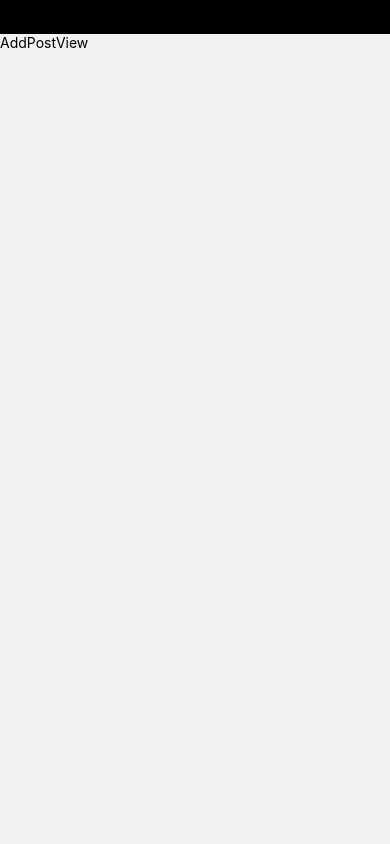
Repository: Kubraaygun/FirebaseRN
Page: /AddPost
These files come from the project's save history. The page is drawn as it stood at one moment and after the next save; the edit follows.
The browser window is 390 px wide. The pictures show the whole page.
The app was drawn by React Native's web renderer in a window 390 px wide. The project was rebuilt for these pictures with package versions that can differ from the ones it lists, and the page was loaded fresh each time.

Above is the page before, as saved 2025-01-20 18:55:17.

### App.js
import {SafeAreaView, StyleSheet, Text, View} from 'react-native';
import React from 'react';
import {createNativeStackNavigator} from '@react-navigation/native-stack';
import {NavigationContainer} from '@react-navigation/native';
import ListPostController from './src/screens/ListPost/ListPostController';
import AddPostController from './src/screens/AddPost/AddPostController';
import AppBar from './src/screens/component/AppBar';

const App = () => {
  const Stack = createNativeStackNavigator();
  return (
    <SafeAreaView style={{flex: 1}}>
      <NavigationContainer>
        <AppBar />
        <Stack.Navigator screenOptions={{headerShown: false}}>
          <Stack.Screen name="ListPost" component={ListPostController} />
          <Stack.Screen name="AddPost" component={AddPostController} />
        </Stack.Navigator>
      </NavigationContainer>
    </SafeAreaView>
  );
};

export default App;

const styles = StyleSheet.create({});

### src/screens/ListPost/ListPostController.jsx
import {StyleSheet, Text, View} from 'react-native';
import React from 'react';
import ListPostView from './ListPostView';

const ListPostController = () => {
  return <ListPostView />;
};

export default ListPostController;

const styles = StyleSheet.create({});

### src/screens/AddPost/AddPostController.jsx
import {StyleSheet, Text, View} from 'react-native';
import React from 'react';
import AddPostView from './AddPostView';

const AddPostController = () => {
  return <AddPostView />;
};

export default AddPostController;

const styles = StyleSheet.create({});

### src/screens/component/AppBar.jsx
import {StyleSheet, Text, View} from 'react-native';
import React from 'react';
import CustomButton from './CustomButton';

const AppBar = () => {
  return (
    <View style={styles.container}>
      <Text style={styles.title}>Form Listesi</Text>
      <CustomButton buttonTitle={'Gonderi ekle'} />
    </View>
  );
};

export default AppBar;

const styles = StyleSheet.create({
  container: {
    backgroundColor: '#000000',
  },
});

### src/screens/ListPost/ListPostView.jsx
import {StyleSheet, Text, View} from 'react-native';
import React from 'react';

const ListPostView = () => {
  return (
    <View>
      <Text>ListPostView</Text>
    </View>
  );
};

export default ListPostView;

const styles = StyleSheet.create({});

### src/screens/AddPost/AddPostView.jsx
import {StyleSheet, Text, View} from 'react-native';
import React from 'react';

const AddPostView = () => {
  return (
    <View>
      <Text>AddPostView</Text>
    </View>
  );
};

export default AddPostView;

const styles = StyleSheet.create({});

### src/screens/component/CustomButton.jsx
import {StyleSheet, Text, View} from 'react-native';
import React from 'react';

const CustomButton = () => {
  return (
    <View>
      <Text>CustomButton</Text>
    </View>
  );
};

export default CustomButton;

const styles = StyleSheet.create({});

After the next save:
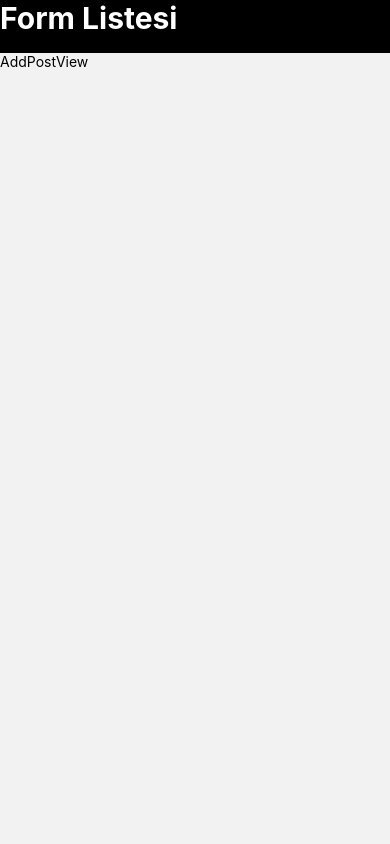
Saved 36 s later.
--- a/src/screens/component/AppBar.jsx
+++ b/src/screens/component/AppBar.jsx
@@ -6,7 +6,7 @@ const AppBar = () => {
   return (
     <View style={styles.container}>
       <Text style={styles.title}>Form Listesi</Text>
-      <CustomButton buttonTitle={'Gonderi ekle'} />
+      <CustomButton buttonTitle={'Gönderi Ekle'} />
     </View>
   );
 };
@@ -17,4 +17,9 @@ const styles = StyleSheet.create({
   container: {
     backgroundColor: '#000000',
   },
+  title: {
+    color: 'white',
+    fontSize: 30,
+    fontWeight: '700',
+  },
 });
